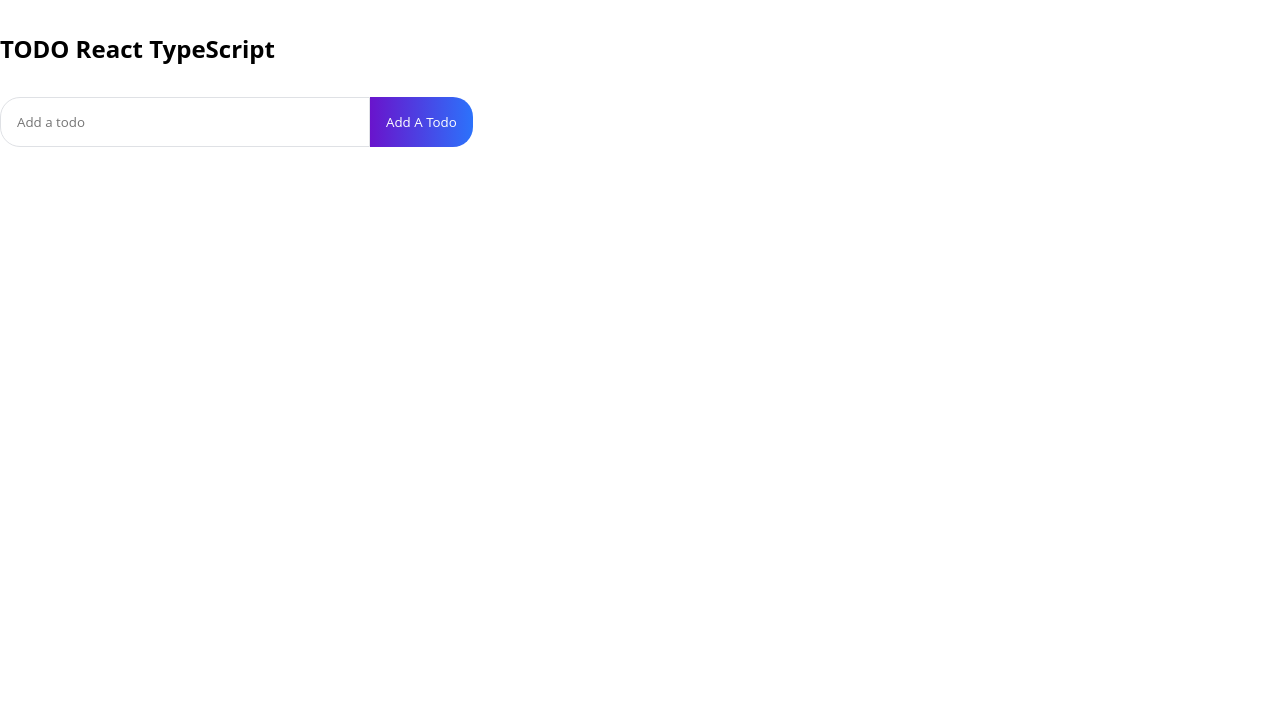
Repository: gligor99/todo-ts-react
Page: /
The author's editor kept a copy of each file at every save. The page is drawn from the files as they stood at one save, then again after the next save.
The browser window is 1280 px wide. The pictures show the whole page.
The project was rebuilt for these pictures with package versions that can differ from the ones it lists, and the page was loaded fresh each time. Also part of the build but not shown: src/components/TodoListItem.tsx.

Above is the page before, as saved 2021-11-19 21:33:24.

### src/App.tsx
import React, { useState } from "react";
import "./App.css";
import TodoForm from "./components/TodoForm";
import TodoList from "./components/TodoList";

function App() {
  const [todos, setTodos] = useState<Array<Todo>>([]);

  const addTodo: AddTodo = (newTodo) => {
    if (newTodo !== "") {
      setTodos([...todos, { text: newTodo, complete: false }]);
    }
  };

  const toggleComplete: ToggleComplete = (selectedTodo) => {
    const updatedTodos = todos.map((todo) => {
      if (todo === selectedTodo) {
        return { ...todo, complete: !todo.complete };
      }
      return todo;
    });
    setTodos(updatedTodos)
  };

  return (
    <div className="App">
      <h1>TODO React TypeScript</h1>
      <TodoForm addTodo={addTodo} />
      <TodoList todos={todos} toggleComplete={toggleComplete} />
    </div>
  );
}

export default App;

### src/App.css
* {
  font-family: 'Open Sans';
}
.todo-app {
  display: flex;
  flex-direction: column;
  justify-content: center;
  width: 500px;
  min-height: 500px;
  background: white;
  text-align: center;
  margin: 128px auto;
  border-radius: 5px;
}

h1 {
  margin: 32px 0;
  font-size: 24px;
}

.completed {
  text-decoration: line-through;
  opacity: 0.4;
}

.todo-form {
  margin-bottom: 32px;
}

.todo-button {
  padding: 16px;
  border: none;
  border-radius: 0 20px 20px 0;
  cursor: pointer;
  outline: none;
  background: linear-gradient(
    90deg,
    rgba(105, 20, 204, 1) 0%,
    rgba(44, 114, 251, 1) 100%
  );
  color: #fff;
  text-transform: capitalize;
}

.todo-input {
  padding: 15px 32px 15px 16px;
  border-radius: 20px 0 0 20px;
  border: 1px solid #dfe1e5;
  outline: none;
  width: 320px;
  background: transparent;
}

.todo-input.edit {
  border: 2px solid #149fff;
}

.todo-button.edit {
  background: linear-gradient(
    90deg,
    rgba(20, 159, 255, 1) 0%,
    rgba(17, 122, 255, 1) 100%
  );
  padding: 16px 22px;
}

.todo-container {
  display: flex;
  flex-direction: row;
  position: relative;
}

ul {
  list-style-type: none;
  padding: 0;
  margin: 0;
}

.todo-row {
  display: flex;
  justify-content: flex-start;
  align-items: center;
  box-shadow: rgba(149, 157, 165, 0.2) 0px 8px 24px;
  margin: 4px auto;

  padding: 16px;
  border-radius: 20px;
  width: 80%;
}

.todo-row input {
  margin-right: 10px;
}

### src/components/TodoForm.tsx
import React, { ChangeEvent, FormEvent, useState } from "react";

interface TodoFormProps {
  addTodo: AddTodo;
}

const TodoForm: React.FC<TodoFormProps> = ({ addTodo }) => {
  const [newTodo, setNewTodo] = useState<string>("");

  const handleChange = (e: ChangeEvent<HTMLInputElement>) => {
    setNewTodo(e.target.value);
  };

  const handleSubmit = (e: FormEvent<HTMLButtonElement>) => {
    e.preventDefault();
    addTodo(newTodo);
    setNewTodo("");
  };

  return (
    <form className="todo-form">
      <input
        type="text"
        value={newTodo}
        className="todo-input"
        placeholder="Add a todo"
        onChange={handleChange}
      />
      <button type="submit" className="todo-button" onClick={handleSubmit}>
        Add a todo
      </button>
    </form>
  );
};

export default TodoForm;

### src/components/TodoList.tsx
import React from "react";
import TodoListItem from "./TodoListItem";

interface TodoListProps {
  todos: Array<Todo>;
  toggleComplete: ToggleComplete;
}

const TodoList: React.FC<TodoListProps> = ({ todos, toggleComplete }) => {
  return (
    <ul>
      {todos.map((todo) => {
          return (
              <ul>
                  <TodoListItem key={todo.text} todo={todo} toggleComplete={toggleComplete}/>
              </ul>
          )
      })}
    </ul>
  );
};

export default TodoList;

Loaded but not shown: public/index.html (common file); src/index.tsx (common file); src/index.css (common file); src/reportWebVitals.ts (common file)

After the next save:
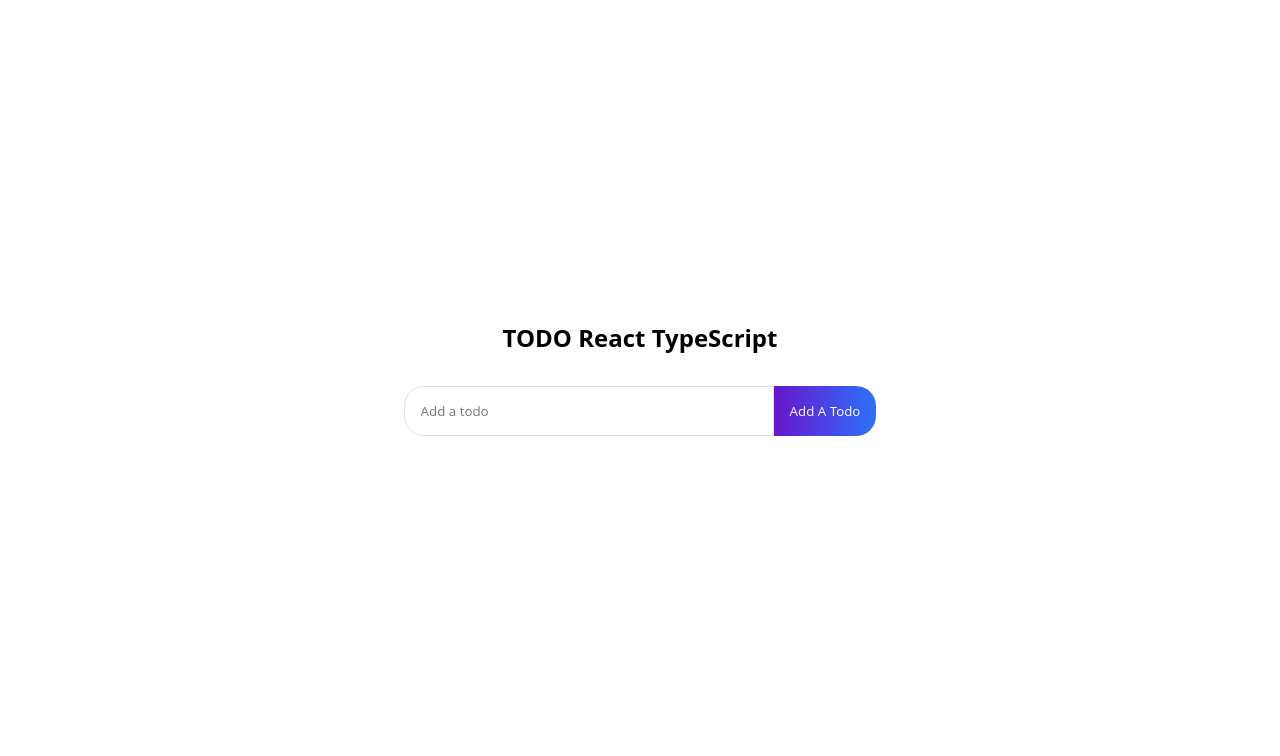
Saved 29 s later.
--- a/src/App.tsx
+++ b/src/App.tsx
@@ -23,7 +23,7 @@ function App() {
   };
 
   return (
-    <div className="App">
+    <div className="todo-app">
       <h1>TODO React TypeScript</h1>
       <TodoForm addTodo={addTodo} />
       <TodoList todos={todos} toggleComplete={toggleComplete} />
